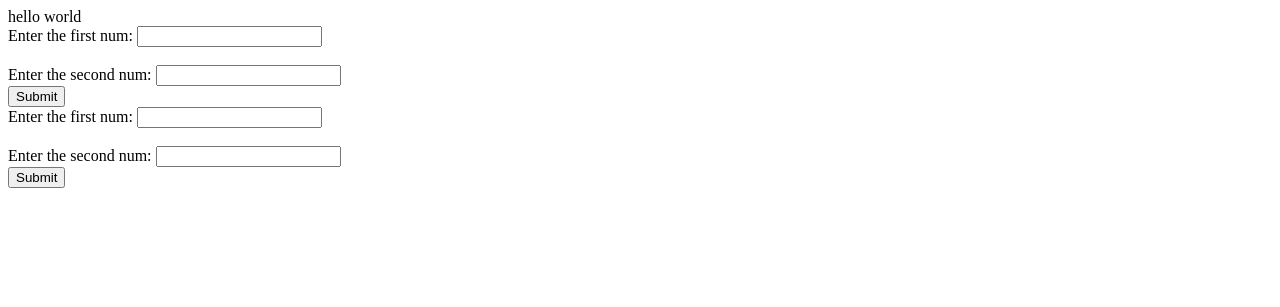
Repository: shakil51298/JSP_PROJECT
Page: DemoProject/src/main/webapp/index.html
These files come from the project's save history. The page is drawn as it stood at one moment and after the next save; the edit follows.
The browser window is 1280 px wide. The pictures show the whole page.

Above is the page before, as saved 2022-02-28 16:06:10.

### DemoProject/src/main/webapp/index.html
<!DOCTYPE html>
<html>
<body>
hello world
<form action="add">
Enter the first num: <input type="text" name="num1"/> <br/>
<br/>
Enter the second num: <input type="text" name="num2"/>
<br/>
<input type ="submit">
</form>

<form action="minus">
Enter the first num: <input type="text" name="num1"/> <br/>
<br/>
Enter the second num: <input type="text" name="num2"/>
<br/>
<input type ="submit">
</form>
</body>
</html>

After the next save:
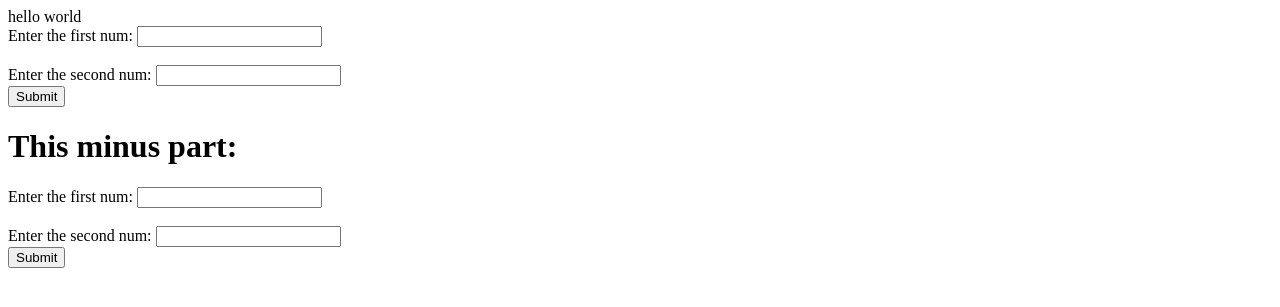
Saved 61 s later.
--- a/DemoProject/src/main/webapp/index.html
+++ b/DemoProject/src/main/webapp/index.html
@@ -9,7 +9,7 @@ Enter the second num: <input type="text" name="num2"/>
 <br/>
 <input type ="submit">
 </form>
-
+ <h1>This minus part: </h1>
 <form action="minus">
 Enter the first num: <input type="text" name="num1"/> <br/>
 <br/>
